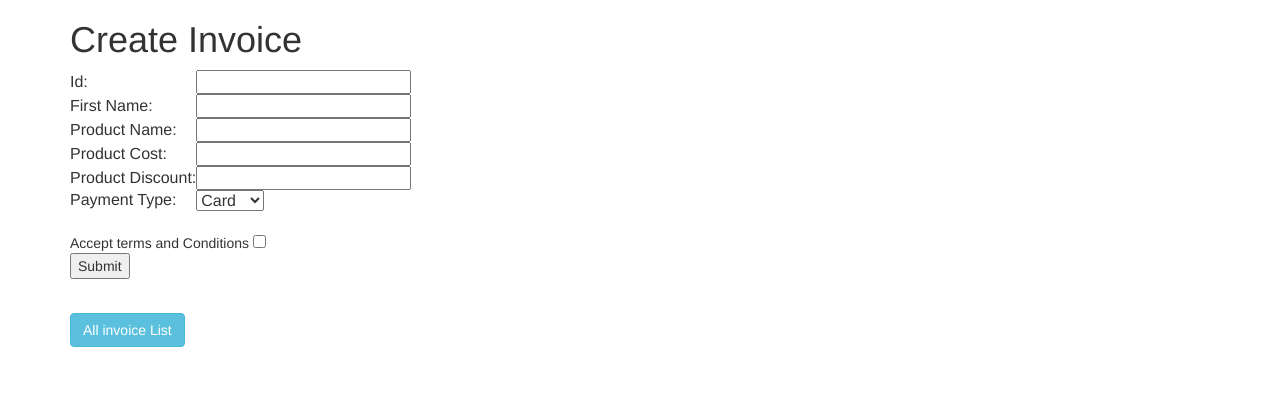
Repository: bharath309/backup
Page: http://localhost/invoice-crud-operation/
The author's editor kept a copy of each file at every save. The page is drawn from the files as they stood at one save, then again after the next save.
The browser window is 1280 px wide. The pictures show the whole page.
The page is served by Tomcat 9. Other server files are loaded and not shown.

Above is the page before, as saved 2018-03-03 18:46:30.

### invoice-crud-operation/src/main/webapp/index.jsp
<html>
<head>
<title>Invoice</title>
<meta charset="utf-8">
<meta name="viewport" content="width=device-width, initial-scale=1">
<link rel="stylesheet"
	href="https://maxcdn.bootstrapcdn.com/bootstrap/3.3.7/css/bootstrap.min.css">
<script
	src="https://ajax.googleapis.com/ajax/libs/jquery/3.3.1/jquery.min.js"></script>
<script
	src="https://maxcdn.bootstrapcdn.com/bootstrap/3.3.7/js/bootstrap.min.js"></script>
</head>
<body>
	<div class="container">
		<h1>Create Invoice</h1>

		<form action="un.do" method="post">
			<table>
				<tr>
					<td>Id:</td>
					<td><input type="number" name="id"></td>
				</tr>
				<tr>
					<td>First Name:</td>
					<td><input type="text" name="fname"></td>
				</tr>
				<tr>
					<td>Product Name:</td>
					<td><input type="text" name="pname"></td>
				</tr>
				<tr>
					<td>Product Cost:</td>
					<td><input type="number" step="any" name="cost"></td>
				</tr>
				<tr>
					<td>Product Discount:</td>
					<td><input type="number" step="any" name="discount"></td>
				</tr>
				<tr>
					<td>Payment Type:</td>
					<td><select name="dropdownlist">
							<option value="Card">Card</option>
							<option value="Cash">Cash</option>
							<option value="Check">Check</option>
					</select></td>
				</tr>
			</table>
			<br> Accept terms and Conditions <input type="checkbox"
				name="checkbox" value="yes"> <br>
			<button type="submit">Submit</button>
		</form>
		<br>
		<form action="allInvoiceList.jsp" method="post">

			<a href="/allInvoiceList.jsp" type="submit" class="btn btn-info">All invoice List</a>

		</form>
	</div>
</body>
</html>

After the next save:
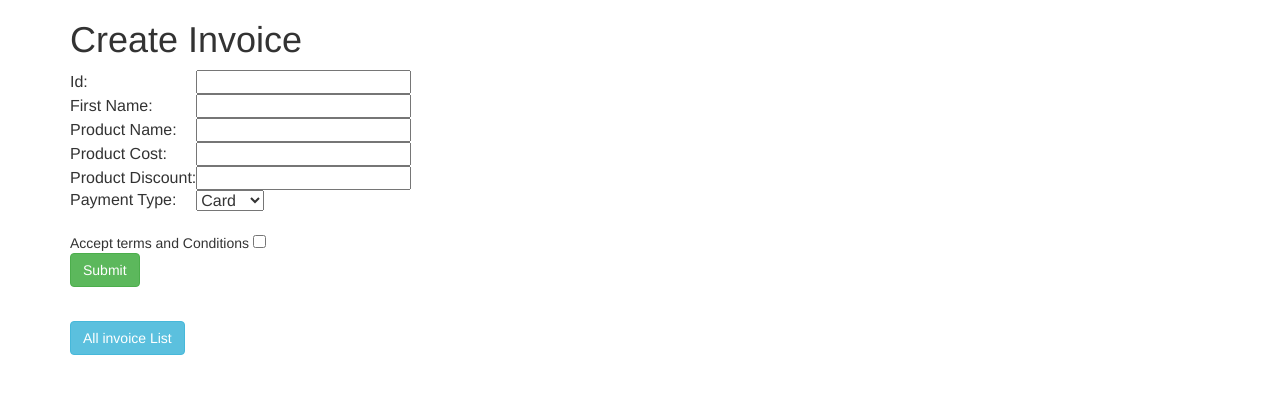
Saved 49 s later.
--- a/invoice-crud-operation/src/main/webapp/index.jsp
+++ b/invoice-crud-operation/src/main/webapp/index.jsp
@@ -47,7 +47,7 @@
 			</table>
 			<br> Accept terms and Conditions <input type="checkbox"
 				name="checkbox" value="yes"> <br>
-			<button type="submit">Submit</button>
+			<button type="submit" class="btn btn-success">Submit</button>
 		</form>
 		<br>
 		<form action="allInvoiceList.jsp" method="post">
